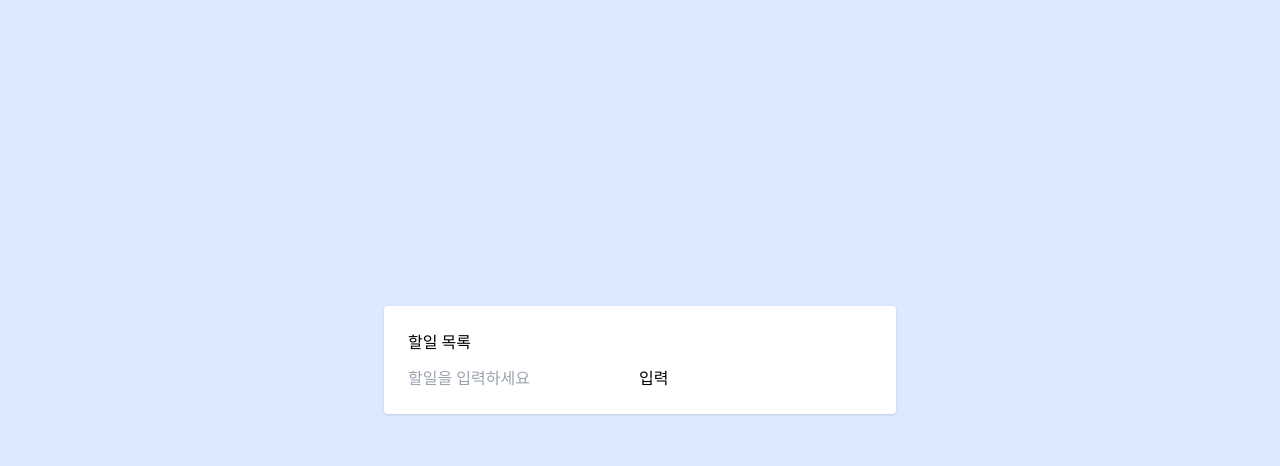
Repository: siwon9898/react-learn
Page: /
These files come from the project's save history. The page is drawn as it stood at one moment and after the next save; the edit follows.
The browser window is 1280 px wide. The pictures show the whole page.
The project was rebuilt for these pictures with package versions that can differ from the ones it lists, and the page was loaded fresh each time. Also part of the build but not shown: src/index.css.

Above is the page before, as saved 2023-03-30 11:31:17.

After the next save:
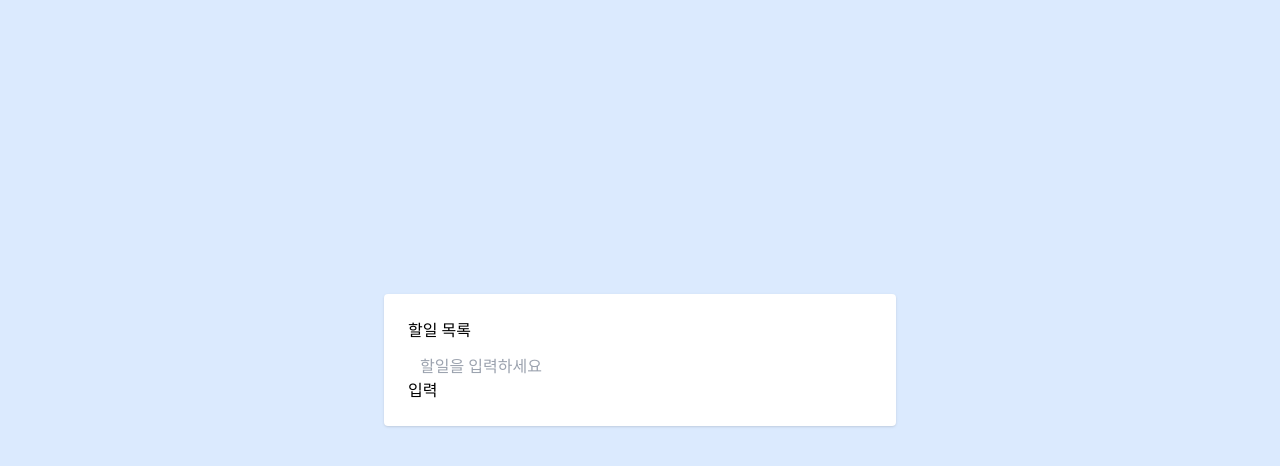
Saved 102 min 39 s later.
--- a/src/components/Form.js
+++ b/src/components/Form.js
@@ -8,6 +8,7 @@ export default function Form({ handleSubmit, value, setValue }) {
   return (
     <form onSubmit={handleSubmit}>
       <input
+        className="w-full px-3"
         type="text"
         name="value"
         placeholder="할일을 입력하세요"
